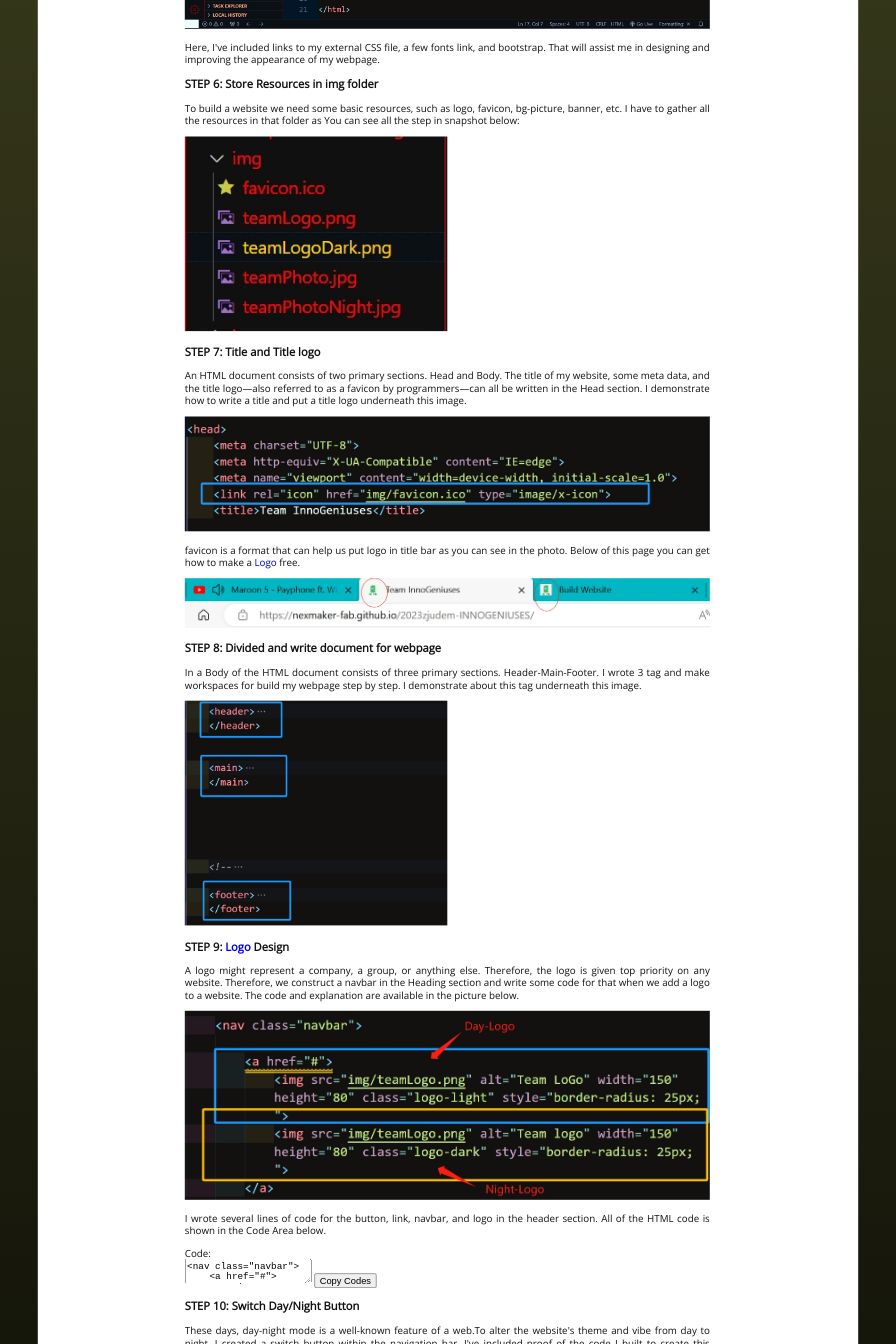
Repository: NexMaker-Fab/2023zjudem-INNOGENIUSES
Page: build web/page1.html
An editor plug-in stored every save of this project. The page is shown before and after the next save, followed by the edit.
The browser window is 1280 px wide. The pictures show the part of the page from y = 4580 to 6500 px (the page is 10503 px tall before and 10804 px after), at 70% of full size.
An inner scrolling area shows only its first screen.

Above is the page before, as saved 2023-11-27 02:42:14.

After the next save:
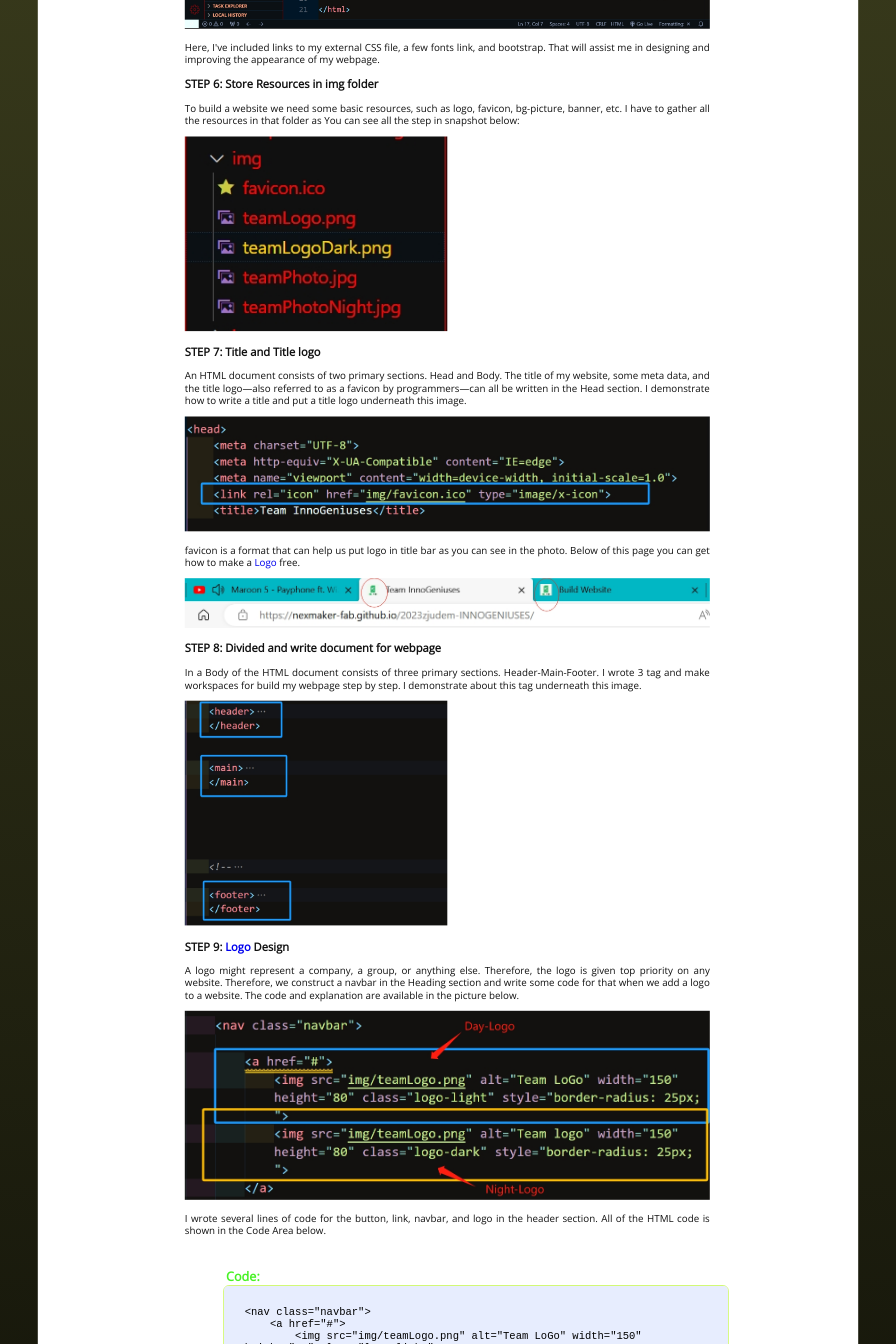
Saved 15 s later.
--- a/build web/page1.html
+++ b/build web/page1.html
@@ -138,7 +138,7 @@
                         </p>
                         <img src="img/bw5.png" alt="description photo" style="width:100%; height:fit-content;">
                         <p>I wrote several lines of code for the button, link, navbar, and logo in the header section. All of the HTML code is shown in the Code Area below.</p>
-                        <div class="code-boxe">
+                        <div class="code-boxes">
                             <div class="code-box CodeBox">
                                 <div class="topic">Code:</div>
                                 <textarea id="CodeBox" readonly>
